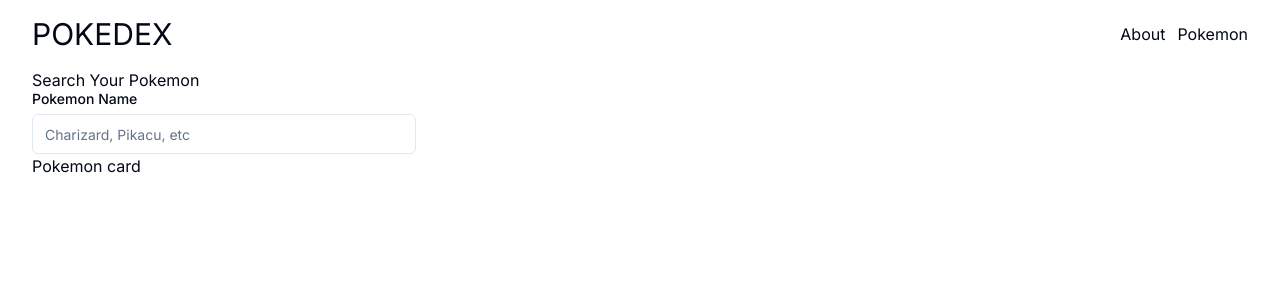
Repository: KilluaProject/pokedex
Page: /
The author's editor kept a copy of each file at every save. The page is drawn from the files as they stood at one save, then again after the next save.
The browser window is 1280 px wide. The pictures show the whole page.
The project was rebuilt for these pictures with package versions that can differ from the ones it lists, and the page was loaded fresh each time. The framework's server and built-in components were replaced by stand-ins that run in the browser. Also part of the build but not shown: next.config.js.

Above is the page before, as saved 2023-07-01 16:31:41.

After the next save:
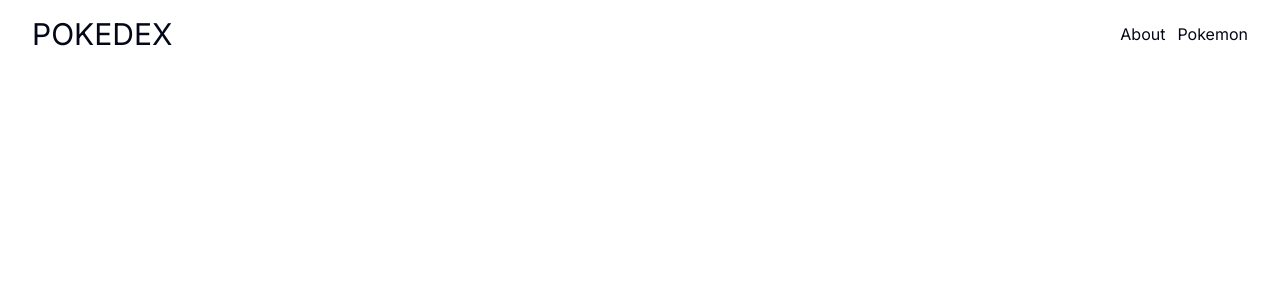
Saved 48 s later.
--- a/app/page.tsx
+++ b/app/page.tsx
@@ -1,12 +1,12 @@
 
-import PokemonGrid from "@/components/pokemonGrid";
+
 
 
 
 export default function Home() {
   return (
     <main className="container mx-auto">
-     <PokemonGrid/>
+
     </main>
   )
 }
